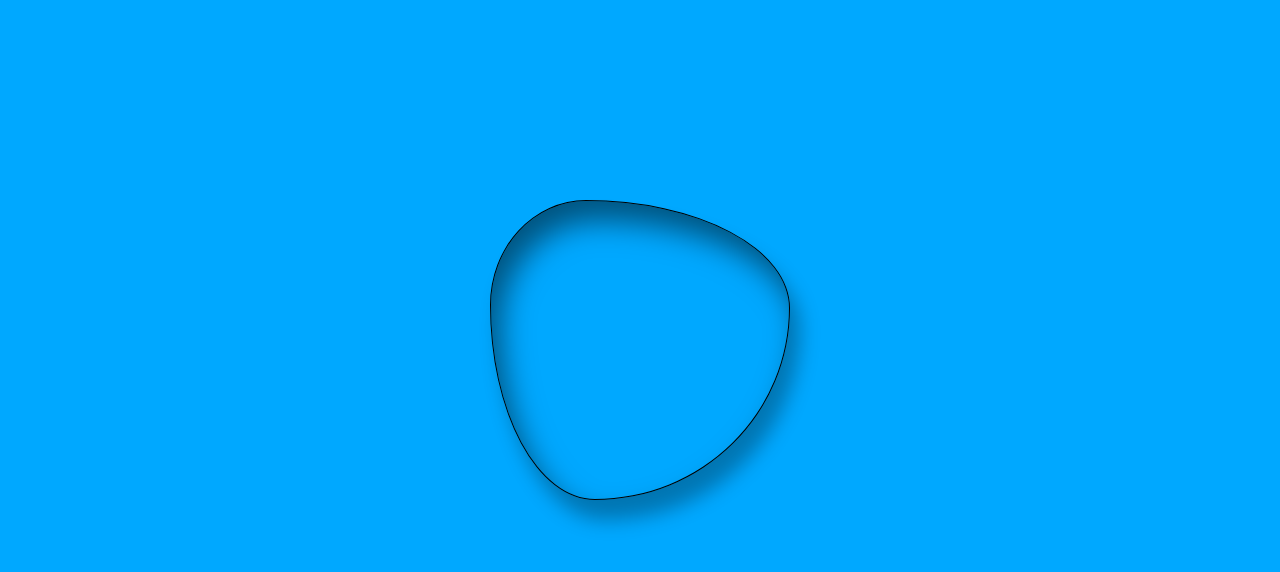
Repository: BlackCat328/CSS_Animation
Page: 52.水滴特效/demo.html
An editor plug-in stored every save of this project. The page is shown before and after a run of saves, followed by the edit.
The browser window is 1280 px wide. The pictures show the whole page.

Above is the page before, as saved 2022-10-31 23:52:48.

After the next 5 saves:
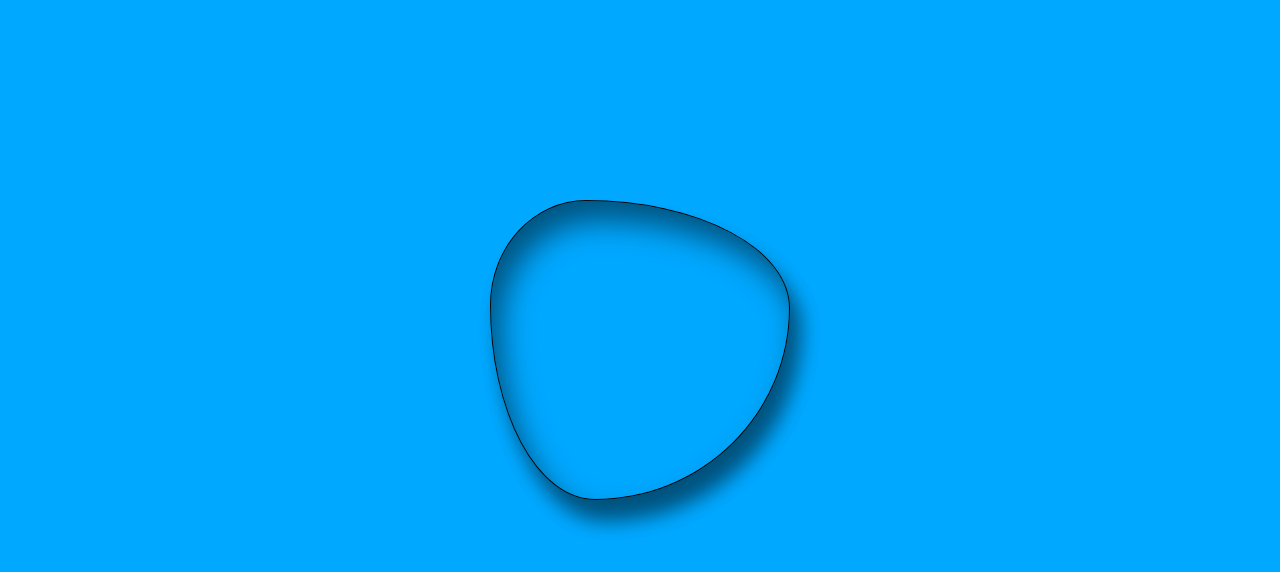
The 5 saves are shown as one change because they came seconds apart.
The last was saved 21 s later.
--- a/52.水滴特效/demo.css
+++ b/52.水滴特效/demo.css
@@ -19,5 +19,6 @@
     border: 1px solid;
     border-radius: 32% 68% 65% 35% / 35% 36% 64% 65%;
     box-shadow: inset 10px 20px 30px rgba(0, 0, 0, 0.5),
+        10px 20px 20px rgba(0, 0, 0, 0.3),
         10px 20px 20px rgba(0, 0, 0, 0.3);
 }
